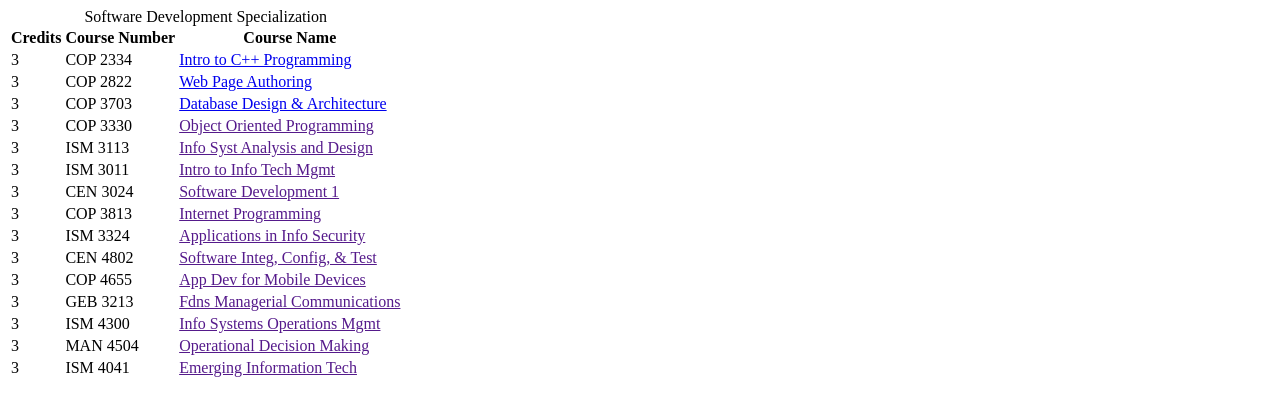
Repository: mlmEFSC21/P3-DegreeSpecializationTable
Page: index.html
These files come from the project's save history. The page is drawn as it stood at one moment and after the next save; the edit follows.
The browser window is 1280 px wide. The pictures show the whole page.

Above is the page before, as saved 2022-01-30 21:10:00.

After the next save:
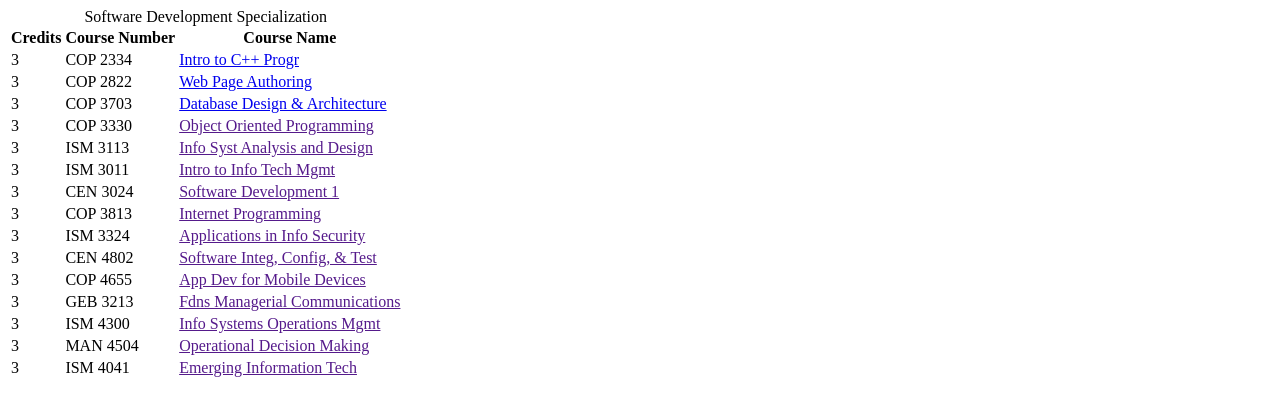
Saved 65 s later.
--- a/index.html
+++ b/index.html
@@ -20,9 +20,7 @@
                 <td>3</td>
                 <td>COP 2334</td>
                 <td>
-                    <a href="https://bit.ly/3KX19UH"
-                        >Intro to C++ Programming</a
-                    >
+                    <a href="https://bit.ly/3KX19UH">Intro to C++ Progr</a>
                 </td>
             </tr>
             <tr>

After the save that followed:
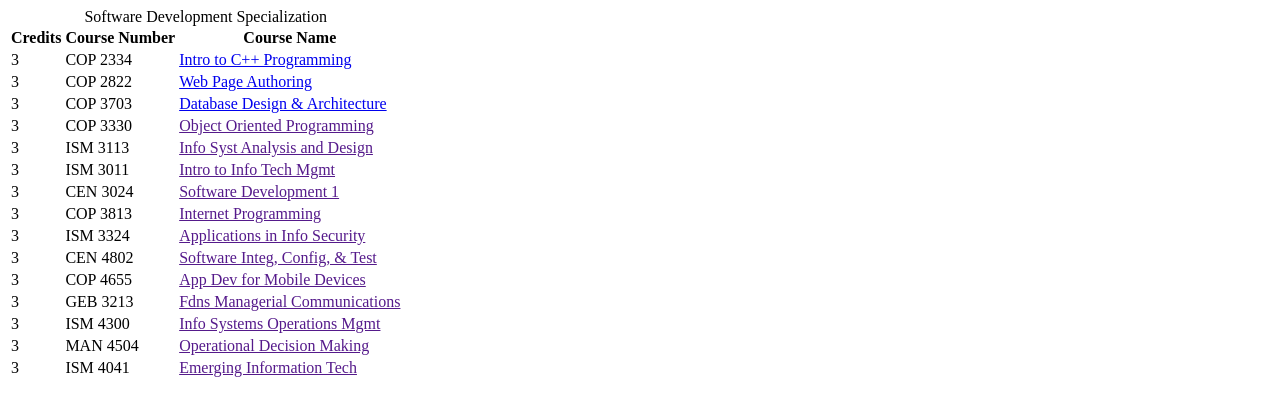
Saved 5 s later.
--- a/index.html
+++ b/index.html
@@ -20,7 +20,9 @@
                 <td>3</td>
                 <td>COP 2334</td>
                 <td>
-                    <a href="https://bit.ly/3KX19UH">Intro to C++ Progr</a>
+                    <a href="https://bit.ly/3KX19UH"
+                        >Intro to C++ Programming</a
+                    >
                 </td>
             </tr>
             <tr>
